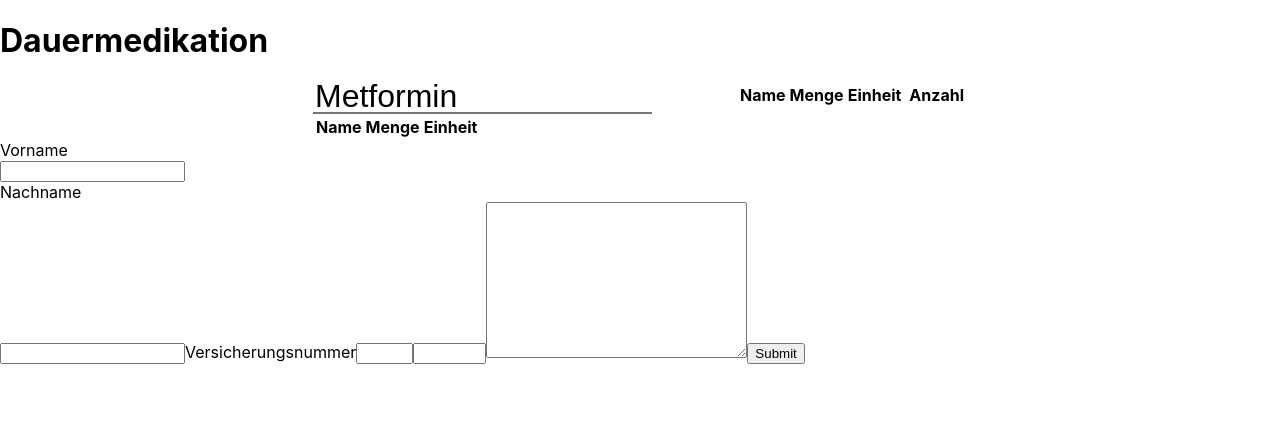
Repository: Esatollah/MedDemo
Page: / (app in client/)
The author's editor kept a copy of each file at every save. The page is drawn from the files as they stood at one save, then again after the next save.
The browser window is 1280 px wide. The page is 1280 px wide, then 1282 px, so the pictures cover 1282 px, including what lies to the right of the window. The pictures show the whole page.
The page's requests for data from a server got no answer. The project was rebuilt for these pictures with package versions that can differ from the ones it lists, and the page was loaded fresh each time. No one was signed in, and anything a server would have sent is missing. Also part of the build but not shown: client/src/App.css, client/src/Routes/Bestellungen.jsx.

Above is the page before, as saved 2022-06-09 16:28:55.

### client/src/App.js
import './App.css';
import SearchBar from './Routes/Search';
import {BrowserRouter, Routes, Route} from 'react-router-dom'
import Bestellungen from './Routes/Bestellungen';
import ReactModal from 'react-modal';

ReactModal.setAppElement('#root')

function App() {
  return (
    <BrowserRouter>
    <Routes>
      <Route path='/' element={<div><SearchBar/></div>}/>
      <Route path='/bestellungen' element={<div><Bestellungen/></div>}/>
    </Routes>
    </BrowserRouter>
  );
}

export default App;

### client/src/Routes/Search.jsx
import React, { useState, useEffect } from 'react'
import DrugAPI from '../api/DrugAPI';
import Form from '../components/Form';
import './Search.css'
import Navbar from '../components/Navbar';


const Search = () => {

  const [searchinput, setSearchinput] = useState("Metformin");
  const [drugs, setDrugs] = useState([]);
  const [cartitems, setCartitems] = useState([]);

  useEffect(() => {
    const fetchData = async () => {
      try {
        const result = await DrugAPI.get(`/?drugsearch=${searchinput}`)
        setDrugs(result.data.meds)
      } catch (err) {
        console.error(err);
      }
    }

    fetchData();

  }, [searchinput])

  const handleDrugClick = (e, x) => {
    const is_in_cart = cartitems.some(y => {
      if (y.id === x.id) {
        return true;
      }

      return false;
    })

    if (is_in_cart) {
      return
    }
    let temp = { ...x, anzahl: "1" }
    setCartitems([...cartitems, temp]);
  }

  const handleDelete = (e, x, index) => {
    let temp = [...cartitems]

    temp.splice(index, 1);

    setCartitems(temp);
  }

  const handleCountchange = (e, x, index) => {
    let temps = [...cartitems]
    let temp = {
      ...temps[index],
      anzahl: e.target.value
    }
    temps[index] = temp
    setCartitems(temps);

  }


  return (
    <>
      <Navbar></Navbar>
      <div className='order-container'>
        <div className='search-container'>
          <input type="search" placeholder="Suche" id="search" value={searchinput} onChange={e => setSearchinput(e.target.value)} />
          <div className='table-container'>
            <table className='drugtable'>
              <thead>
                <tr>
                  <th scope='col'>
                    Name
                  </th>
                  <th scope='col'>Menge</th>
                  <th scope='col'>Einheit</th>
                  <th scope='col'></th>
                </tr>
              </thead>
              <tbody>
                {drugs && drugs.map((x) => {
                  return (
                    <tr key={x.id} className="drug-row" >
                      <td className={x.name}>{x.name}</td>
                      <td>{x.menge}</td>
                      <td>{x.mengenart}</td>
                      <td><button onClick={(e) => { handleDrugClick(e, x) }}>+</ button></td>
                    </tr>
                  )
                })}
              </tbody>

            </table>
          </div>
        </div>

        <div className='cart-container'>
          <table>
            <thead>
              <tr>
                <th scope='col'>
                  Name
                </th>
                <th scope='col'>Menge</th>
                <th scope='col'>Einheit</th>
                <th scope='col'></th>
                <th scope='col'>Anzahl</th>
              </tr>
            </thead>
            <tbody>
              {cartitems && cartitems.map((x, index) => {
                if (x.abgabezahl) {
                  return (
                    <tr key={index} className="drug-row" >
                      <td>{x.name}</td>
                      <td>{x.menge}</td>
                      <td>{x.mengenart}</td>
                      <td><button onClick={(e) => handleDelete(e, x, index)}>-</button></td>
                      <td><select onChange={(e) => { handleCountchange(e, x, index) }}><option value="1">1</option><option value="2">2</option></select></td>
                    </tr>
                  )
                }
                return (
                  <tr key={index} className="drug-row" >
                    <td>{x.name}</td>
                    <td>{x.menge}</td>
                    <td>{x.mengenart}</td>
                    <td><button onClick={(e) => handleDelete(e, x, index)}>-</button></td>
                    <td>1</td>
                  </tr>
                )
              })}
            </tbody>
          </ table>
        </div>
      </div>

      <Form cartitems={cartitems} setCartitems={setCartitems} />
    </>
  )
}

export default Search

### client/src/api/DrugAPI.js
import axios from 'axios'

export default axios.create({
    baseURL: "http://localhost:5000/api"
})

### client/src/components/Form.jsx
import React, {useState}from 'react'
import DrugAPI from '../api/DrugAPI'

const Form = props => {

    const [fname, setFname] = useState('');
    const [lname, setLname] = useState('');
    const [vpin, setVpin] = useState('');
    const [vbday, setVbday] = useState('');
    const [anmerkungen, setAnmerkungen] = useState('');

    const handleSubmit = (e) => {

        e.preventDefault();
        const formdata = {
            fname,
            lname,
            vpin,
            vbday,
            anmerkungen
        }

        const fetchData = async () =>{
            try {
            await DrugAPI.post("/", {drugs:{...props.cartitems}, ...formdata})
            } catch (error) {
                console.error(error);
            }
    }

    fetchData();

    setFname('');setLname('');setVpin('');setVbday('');setAnmerkungen('');
    props.setCartitems([]);

}


  return (
    <div>
        <form onSubmit={(e) =>handleSubmit(e)}>
            <label htmlFor="fname">Vorname</label><br/>
            <input type="text" value={fname} id="fname" name="fname" onChange={(e)=> setFname(e.target.value)}required/><br/>
            <label htmlFor="lname">Nachname</label><br />
            <input type="text" id="lname" value={lname} onChange={(e) => setLname(e.target.value)}name="lname" required />
            <label htmlFor="pin">Versicherungsnummer</label>
            <input type="text" id="pin" value={vpin} onChange={(e) => setVpin(e.target.value)} name="pin" size="4" minLength="4"maxLength="4" required/>
            <input type="text" id="bday" value={vbday} onChange={(e) => setVbday(e.target.value)} name="bday" size="6" minLength={6} maxLength={6} required/>
            <textarea value={anmerkungen} onChange={(e) => setAnmerkungen(e.target.value)} name="message" rows="10" cols="30" className='textarea'>
            </textarea>
            <input type="submit" value="Submit" ></input><br />
        </form>
    </div>

  )
}

export default Form

### client/src/Routes/Search.css
#search {
    width:80%;
    height: 2rem;
    outline:none;
    border-top: hidden;
    border-right: hidden;
    border-left: hidden;
    font-size: 2rem;
}

.table-container {
    max-height: 200px;
    max-width: 80%;
    min-width:80%;
    overflow-y: auto;
}


.order-container {
    justify-content: center;
    display: flex;
    flex-direction: row;
}

.search-container {
    max-width:40%;
}

.drug-row:hover {
    background-color: beige;
}

### client/src/components/Navbar.jsx
import React from 'react'
import { NavWrap } from './NavbarStyles'
const Navbar = () => {
  return (
    <NavWrap>
        <h1>Dauermedikation</h1>
    </NavWrap>
  )
}

export default Navbar

### client/src/components/NavbarStyles.js
import styled from "styled-components"

export const NavWrap = styled.div`

`;

Loaded but not shown: client/public/index.html (common file); client/src/index.js (common file); client/src/index.css (common file)

After the next save:
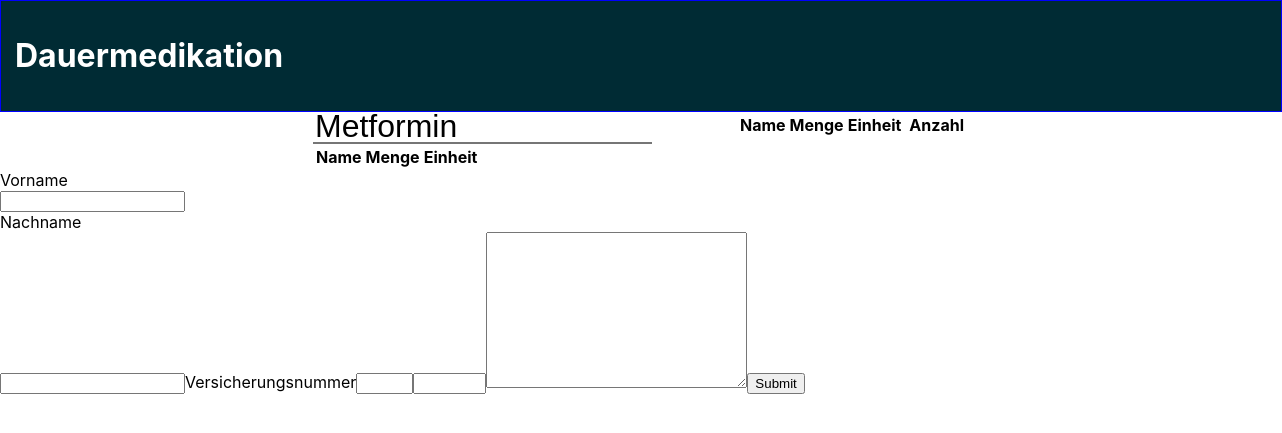
Saved 1 s later.
--- a/client/src/components/NavbarStyles.js
+++ b/client/src/components/NavbarStyles.js
@@ -1,5 +1,13 @@
 import styled from "styled-components"
 
 export const NavWrap = styled.div`
+    width:100%;
+    border: 1px solid blue;
+    padding: 14px 0;
+    background-color: #002b34;
 
+    h1 {
+        margin-left: 14px;
+        color: #fff
+    }
 `;
